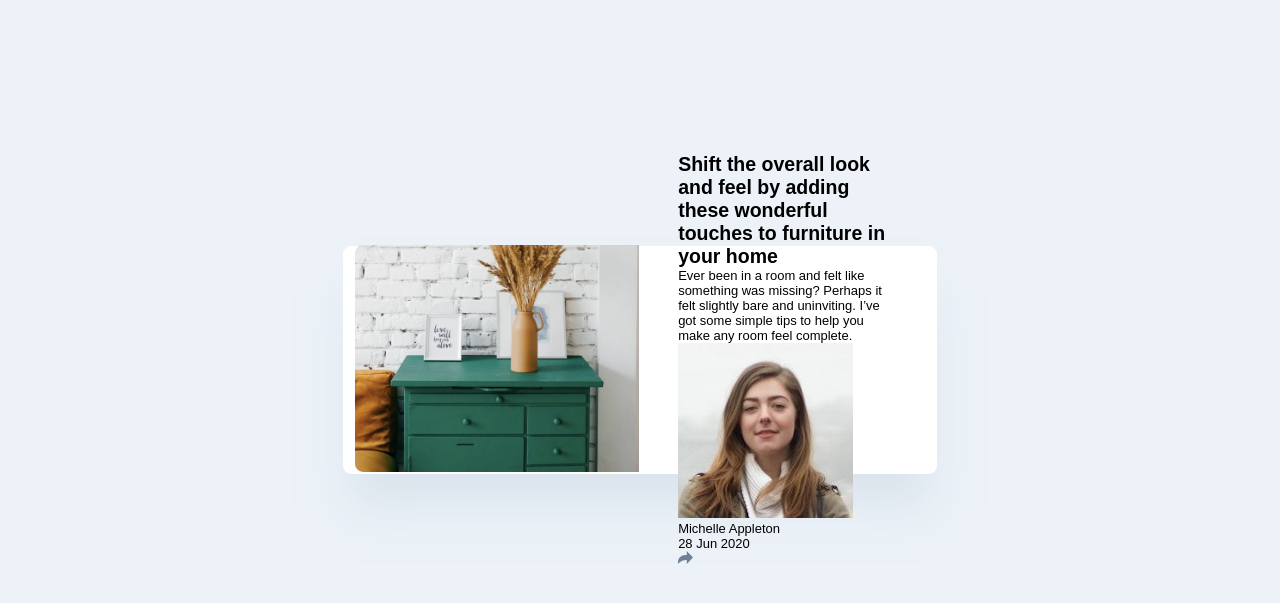
Repository: brandontaylor1/article-preview-component
Page: index.html
The author's editor kept a copy of each file at every save. The page is drawn from the files as they stood at one save, then again after the next save.
The browser window is 1280 px wide. The pictures show the whole page.

Above is the page before, as saved 2025-01-13 21:43:17.

### index.html
<!DOCTYPE html>
<html lang="en">
<head>
    <meta charset="UTF-8">
    <meta name="viewport" content="width=device-width, initial-scale=1.0">
    <link rel="stylesheet" href="styles.css">
    <title>Article Preview Component</title>
</head>
<body>

    <div class="container">
        <main class="component">
            <div class="img-container">
                <img src="./assets/images/drawers.jpg" alt="Image of Drawers">
            </div>
            <div class="component-content">
                <h2>Shift the overall look and feel by adding these wonderful touches to furniture in your home</h2>
                <p>Ever been in a room and felt like something was missing? Perhaps it felt slightly bare and uninviting. I’ve got some simple tips to help you make any room feel complete.</p>
                <div class="social-box">
                    <img src="./assets/images/avatar-michelle.jpg" alt="Picture of User Michelle">
                    <div class="social-info">
                        <p>Michelle Appleton</p>
                        <p>28 Jun 2020</p>
                    </div>
                    <div class="share-btn">
                        <img src="./assets/images/icon-share.svg" alt="Share Icon">
                    </div>
                </div>
            </div>
        </main>
    </div>

    <script src="index.js"></script>
</body>
</html>

### styles.css
* {
    margin: 0;
    padding: 0;
    box-sizing: border-box;
}

:root {
    /* COLORS */
    --dark-grayish-blue: hsl(217, 19%, 35%);
    --desaturated-dark-blue: hsl(214, 17%, 51%);
    --grayish-blue: hsl(212, 23%, 69%);
    --light-grayish-blue: hsl(210, 46%, 95%);
}

html {
    font-size: 13px;
}

body {
    font-family: 'Nunito', sans-serif;
    background-color: var(--light-grayish-blue);
}

.container {
    height: 100vh;
    display: flex;
    justify-content: center;
    align-items: center;

}

.component {
    width: 45.625rem;
    height: 17.5rem;
    flex-shrink: 0;
    display: flex;
    align-items: center;
    justify-content: center;
    border-radius: 0.625rem;
    background: #FFF;
    box-shadow: 0px 40px 40px -10px rgba(201, 213, 225, 0.50);
}

.img-container {
    width: 21.87rem;
}

.img-container img {
    width: 100%;
    height: 100%;
    border-radius: 0.625rem 0 0 0.625rem;
}

.component-content {
    width: 22rem;
    padding: 3rem;
}

.component-content h1 {
    color: #48556A;
font-family: Manrope;
font-size: 1.25rem;
font-style: normal;
font-weight: 700;
line-height: 1.75rem; /* 140% */
letter-spacing: 0.01563rem;
}

Loaded but not shown: index.js (no stored copy; drawn as an empty file)

After the next save:
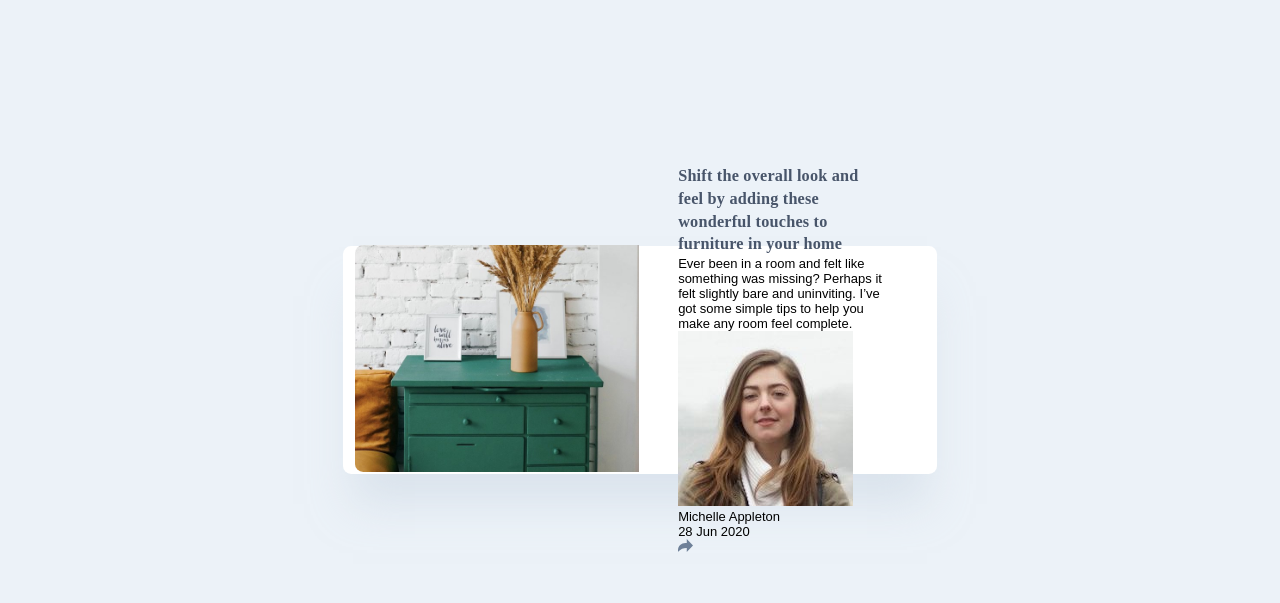
Saved 13 s later.
--- a/styles.css
+++ b/styles.css
@@ -56,7 +56,7 @@ body {
     padding: 3rem;
 }
 
-.component-content h1 {
+.component-content h2 {
     color: #48556A;
 font-family: Manrope;
 font-size: 1.25rem;
